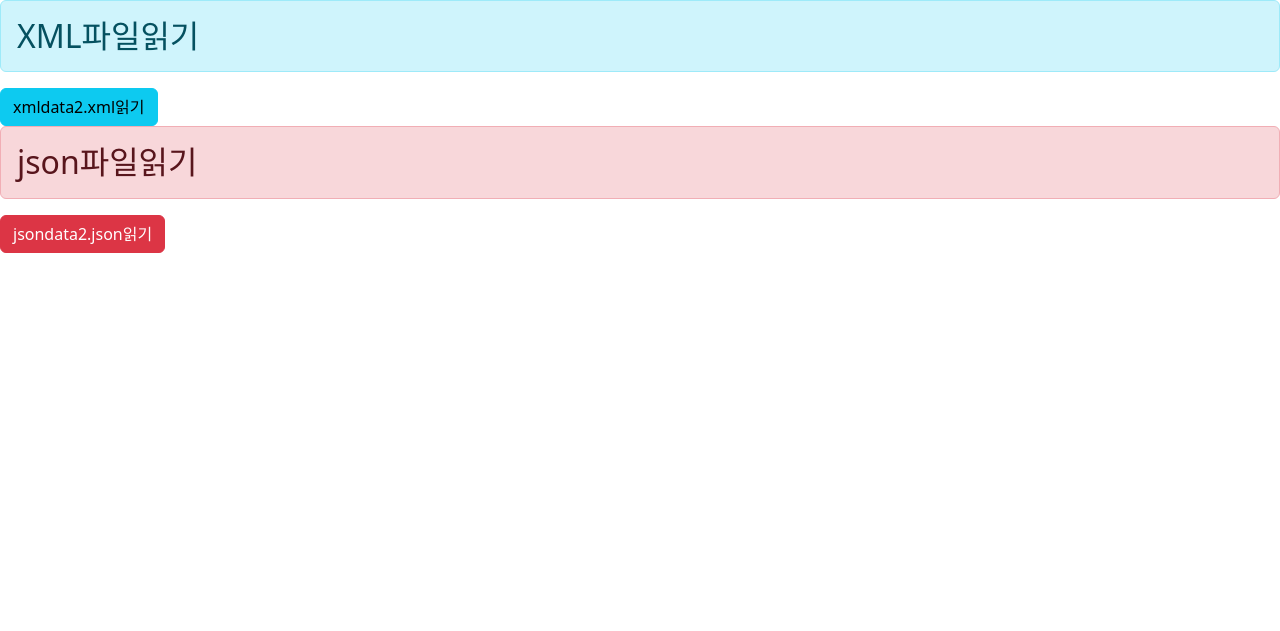
Repository: GANADAG/jspProject
Page: JspProject/src/main/webapp/ajax0304/readData2.html
The author's editor kept a copy of each file at every save. The page is drawn from the files as they stood at one save, then again after the next save.
The browser window is 1280 px wide. The pictures show the whole page.
After loading, the first visible `#btnxml` was clicked once.
Some web fonts or font styles are not loaded; a fallback is used.

Above is the page before, as saved 2024-03-04 03:33:11.

### JspProject/src/main/webapp/ajax0304/readData2.html
<!DOCTYPE html>
<html>
<head>
<meta charset="UTF-8">
<link href="https://cdn.jsdelivr.net/npm/bootstrap@5.3.2/dist/css/bootstrap.min.css" rel="stylesheet">
<link href="https://fonts.googleapis.com/css2?family=Diphylleia&family=Dongle&family=Noto+Sans+KR:wght@100..900&family=Orbit&family=Stylish&display=swap" rel="stylesheet">
<script src="https://code.jquery.com/jquery-3.7.0.js"></script>
<title>Insert title here</title>
<style type="text/css">
	#show{
		margin-top:30px;
		font-family:'dongle';
		font-size:1.3em;}

</style>

<script type="text/javascript">
	$(function(){
		//xml2
		$("#btnxml").click(function(){
			$.ajax({
				type:"get",
				url:"xmldata2.xml",
				dataType:"xml",
				success:function(res){
					var s="";
					$(res).find("person").each(function(i,ele){
						var n=$(ele);
						s+="<div class='alert alert-info' style='width:400px;'>";
						s+="No: "+n.attr("no")+",";
					});

				}
			})
		})
	})

</script>
</head>
<body>
	<h2 class="alert alert-info">XML파일읽기</h2>
		<button type="button" class="btn btn-info" id="btnxml">xmldata2.xml읽기</button>
	<h2 class="alert alert-danger">json파일읽기</h2>
		<button type="button" class="btn btn-danger" id="btnjson">jsondata2.json읽기</button>

		<div id="show"></div>
</body>
</html>

After the next save:
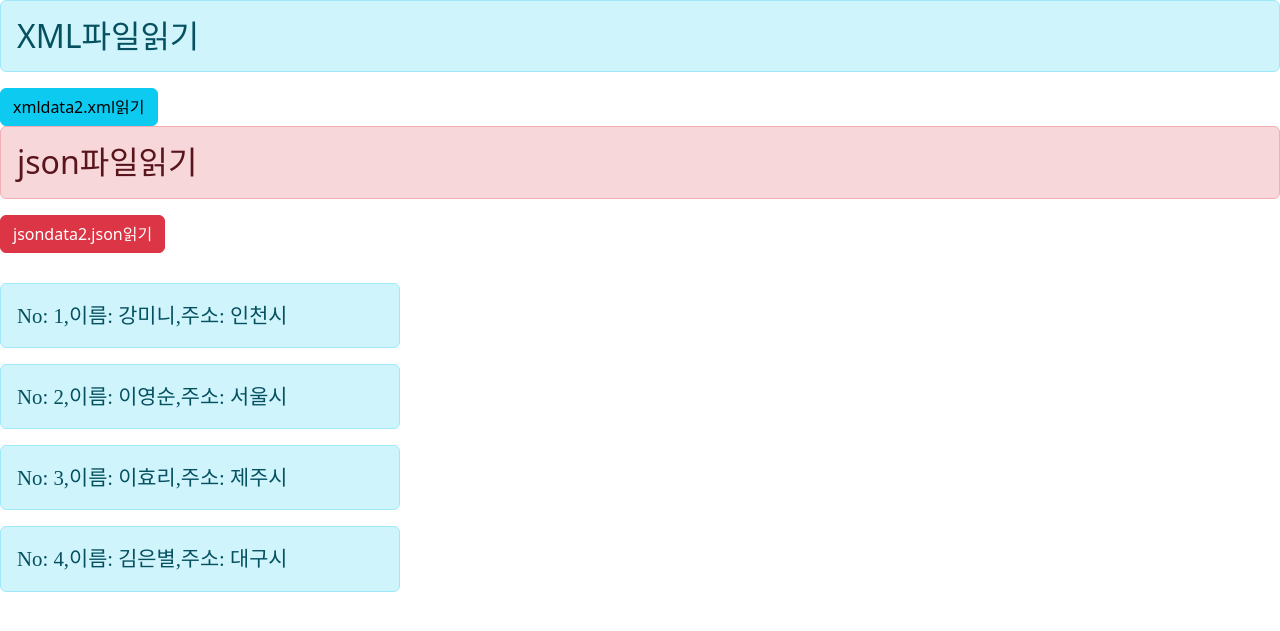
Saved 99 s later.
--- a/JspProject/src/main/webapp/ajax0304/readData2.html
+++ b/JspProject/src/main/webapp/ajax0304/readData2.html
@@ -28,7 +28,12 @@
 						var n=$(ele);
 						s+="<div class='alert alert-info' style='width:400px;'>";
 						s+="No: "+n.attr("no")+",";
+						s+="이름: "+n.find("name").text()+",";
+						s+="주소: "+n.find("addr").text();
+						s+="</div>";
 					});
+
+					$("#show").html(s);
 
 				}
 			})
